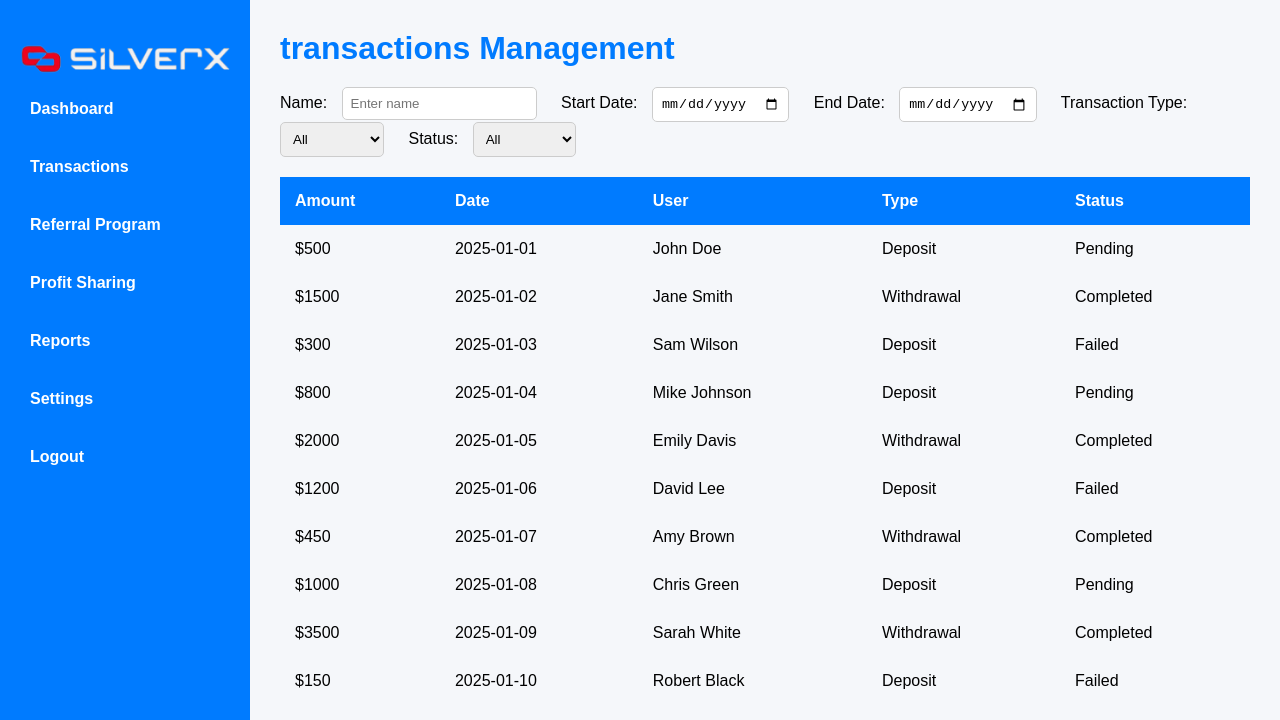
Repository: 2025silverx/slivedrX
Page: index2.html
These files come from the project's save history. The page is drawn as it stood at one moment and after the next save; the edit follows.
The browser window is 1280 px wide. The pictures show the whole page.
An inner scrolling area shows only its first screen.

Above is the page before, as saved 2025-01-21 22:14:40.
Console error: TypeError: Cannot read properties of null (reading 'addEventListener')

After the next save:
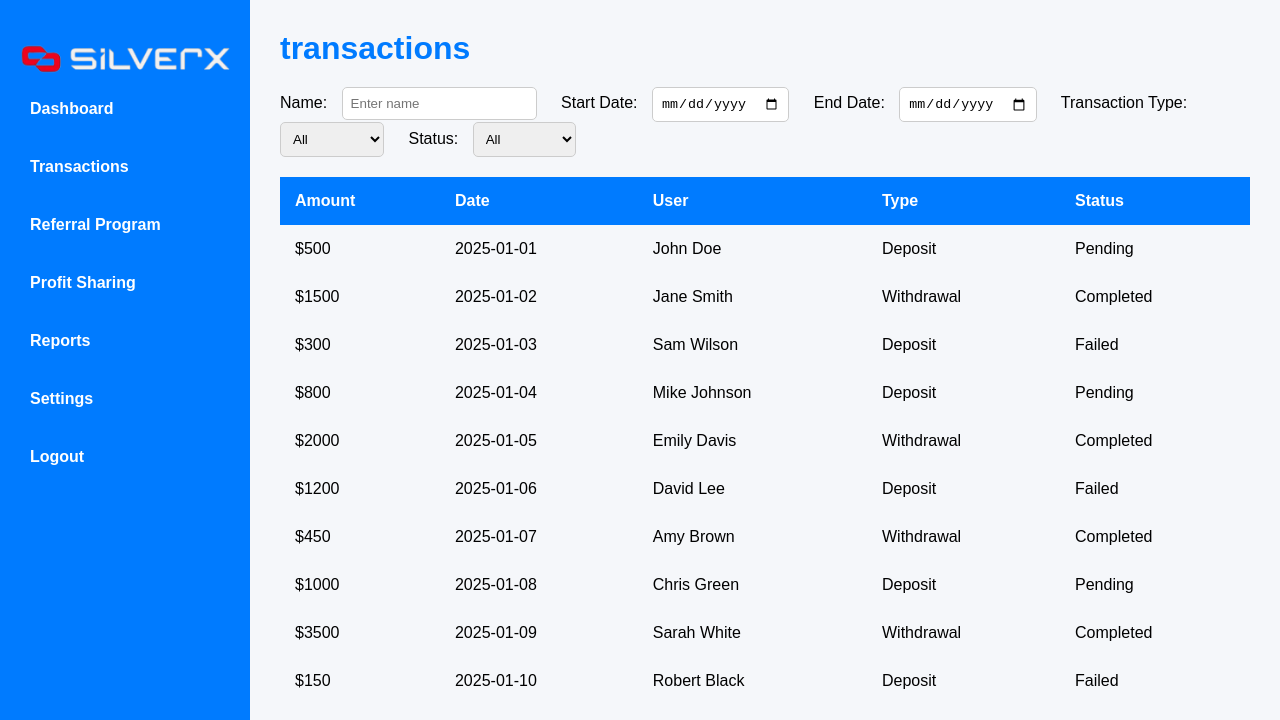
Saved 4 s later.
--- a/index2.html
+++ b/index2.html
@@ -22,7 +22,7 @@
         </div>
     </div>
     <div class="main-content">
-        <h1>transactions Management</h1>
+        <h1>transactions</h1>
         <div class="filters">
             <label for="nameFilter">Name: </label>
             <input type="text" id="nameFilter" placeholder="Enter name">

After the save that followed:
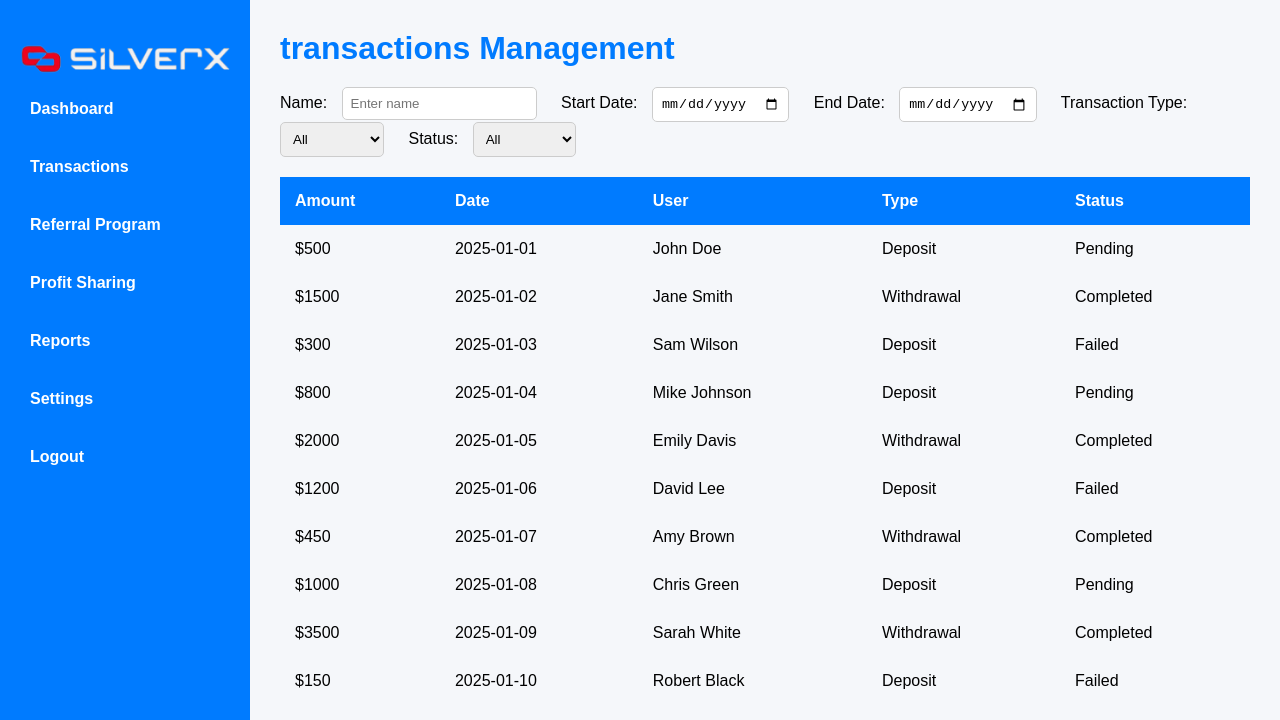
Saved 8 s later.
--- a/index2.html
+++ b/index2.html
@@ -22,7 +22,7 @@
         </div>
     </div>
     <div class="main-content">
-        <h1>transactions</h1>
+        <h1>transactions Management</h1>
         <div class="filters">
             <label for="nameFilter">Name: </label>
             <input type="text" id="nameFilter" placeholder="Enter name">
